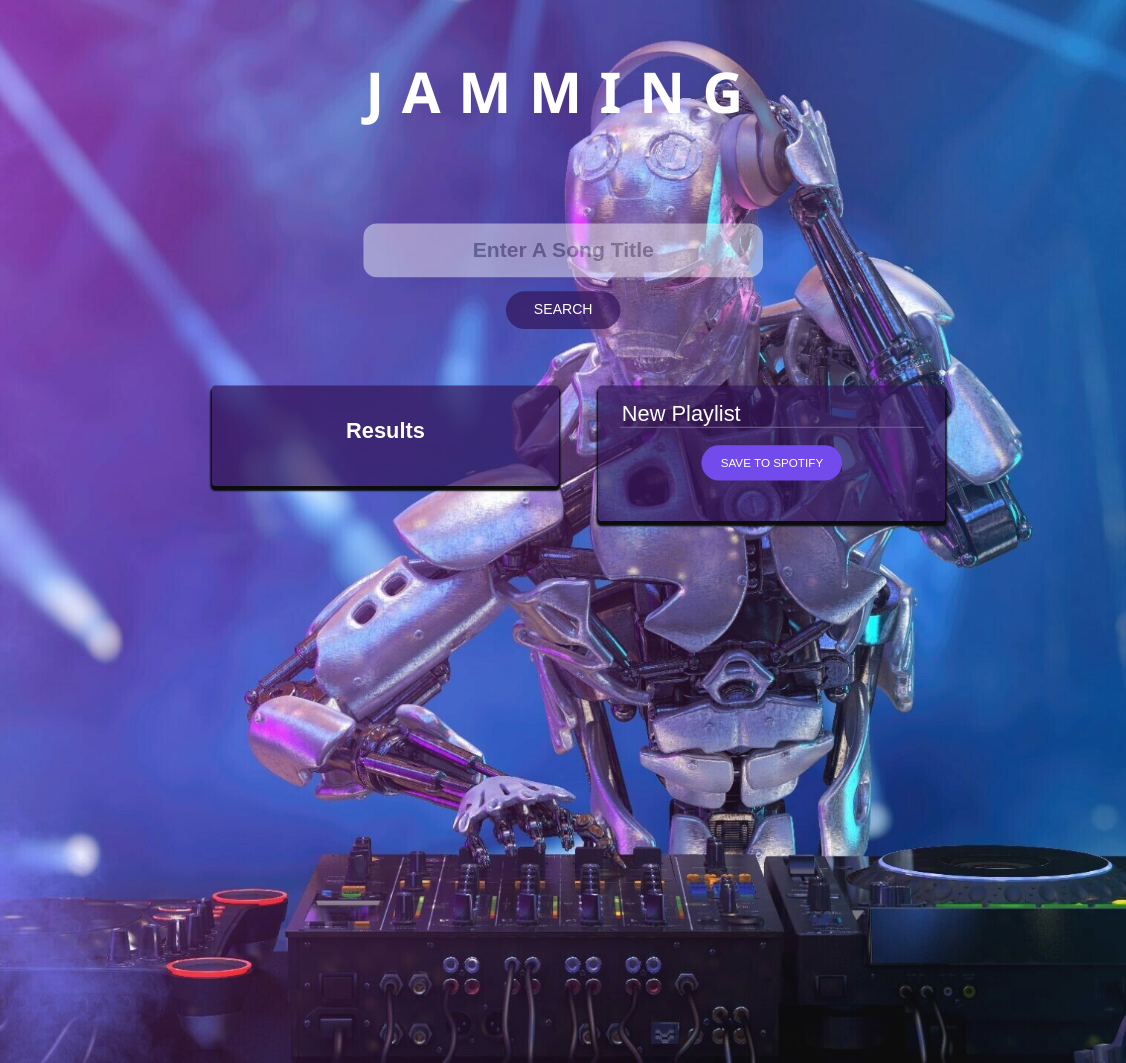
Repository: LolaSL/jamming
Page: /
The author's editor kept a copy of each file at every save. The page is drawn from the files as they stood at one save, then again after the next save.
The browser window is 1280 px wide. The pictures show the whole page, at 88% of full size.
The project was rebuilt for these pictures with package versions that can differ from the ones it lists, and the page was loaded fresh each time. Also part of the build but not shown: src/components/Track/Track.css, src/components/Track/Track.jsx.

Above is the page before, as saved 2023-06-23 18:06:54.

After the next save:
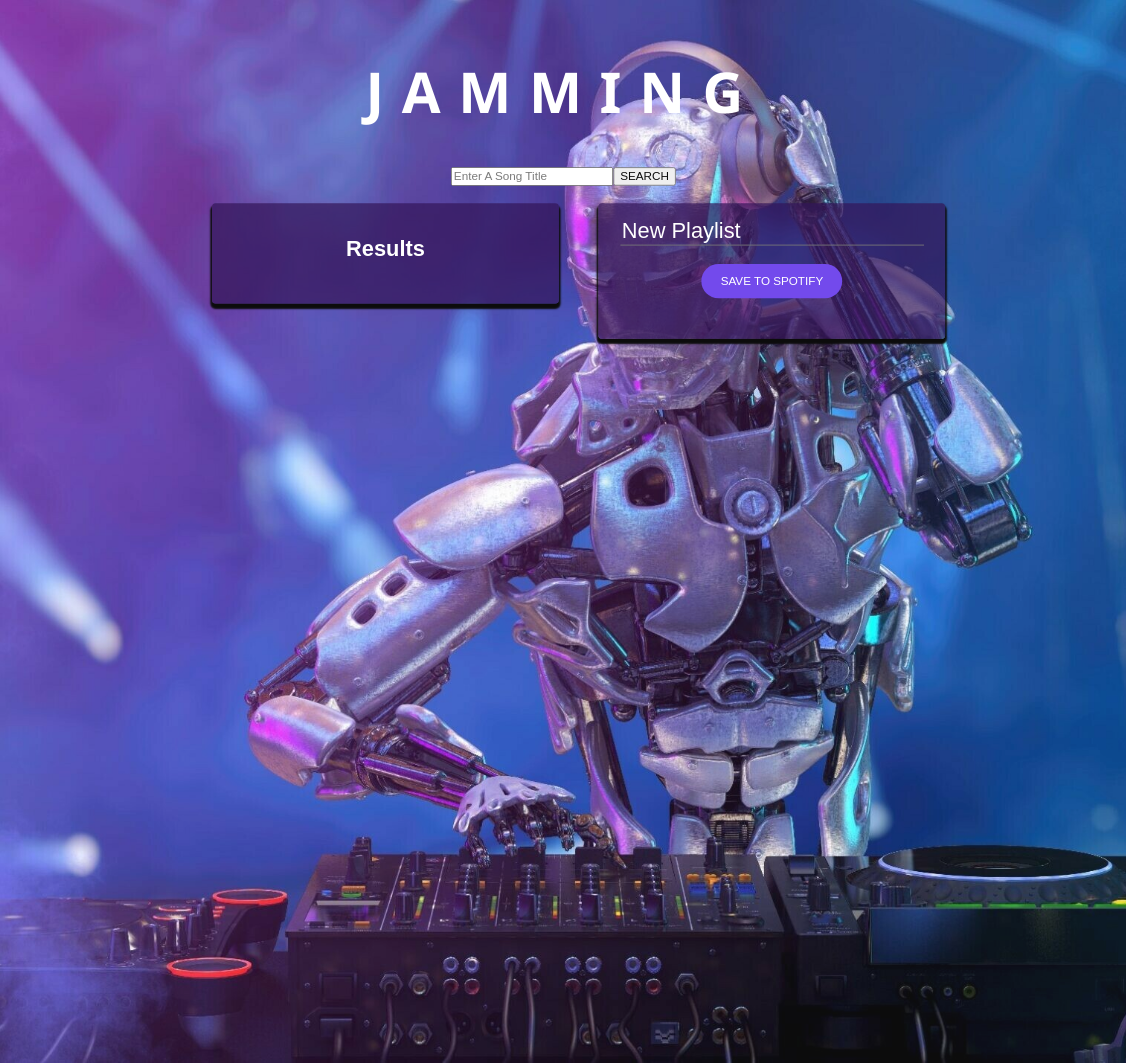
Saved 99 s later.
--- a/src/components/SearchBar/SearchBar.css
+++ b/src/components/SearchBar/SearchBar.css
@@ -1,4 +1,4 @@
-.SearchBar {
+/* .SearchBar {
   display: flex;
   flex-direction: column;
   align-items: center;
@@ -41,4 +41,4 @@
 
 .SearchButton:hover {
   background-color: rgba(108, 65, 233, 0.7);
-}
+} */
